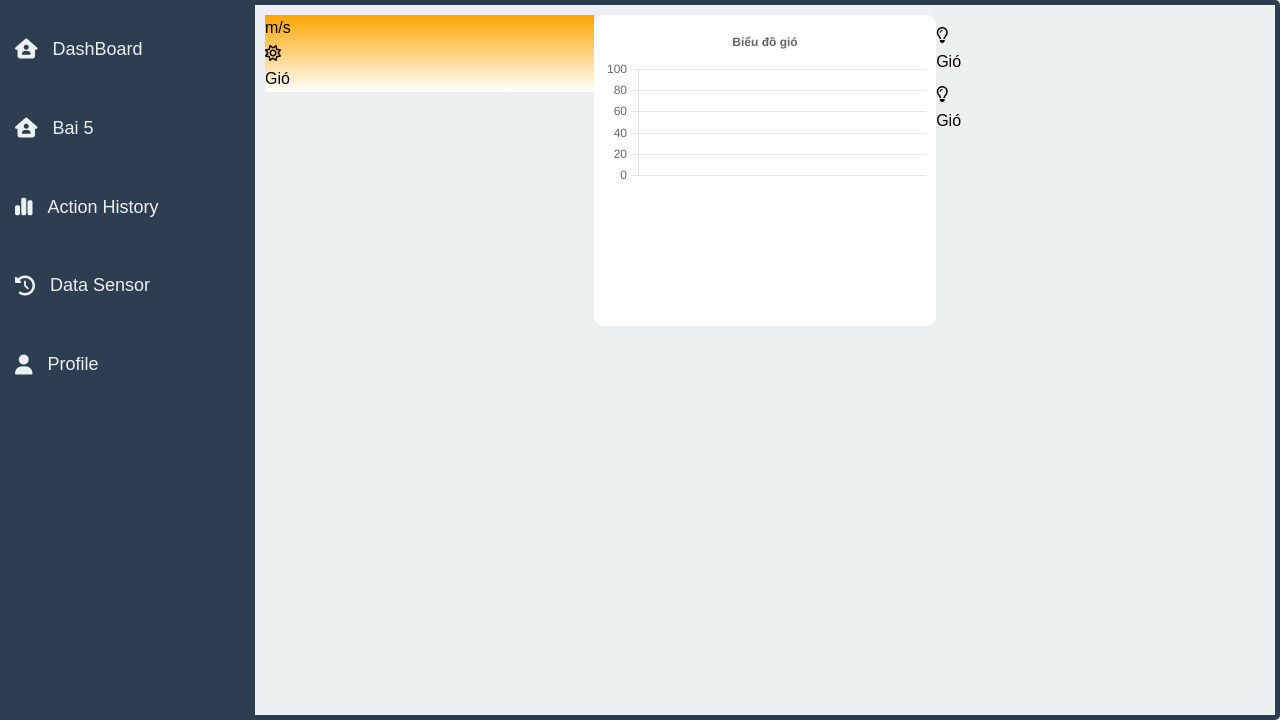
Repository: duongnoob23/duyyyy
Page: /bai5 (app in iot/)
An editor plug-in stored every save of this project. The page is shown before and after the next save, followed by the edit.
The browser window is 1280 px wide. The pictures show the whole page.
The page's requests for data from a server got no answer. Some web libraries are served in a nearby version. The project was rebuilt for these pictures with package versions that can differ from the ones it lists, and the page was loaded fresh each time. No one was signed in, and anything a server would have sent is missing. Also part of the build but not shown: iot/src/App.css, iot/src/Components/Doughnut/GaugeChart.js, iot/src/Components/LineChart/LineChartECharts.js, iot/src/Pages/Home/Home.js, iot/src/Pages/DataLogs/DataLogs.js, iot/src/Pages/Profile/Profile.css, iot/src/Pages/Profile/Profile.js, iot/src/Pages/Action/Action.js and 1 more.

Above is the page before, as saved 2024-12-02 21:01:59.

After the next save:
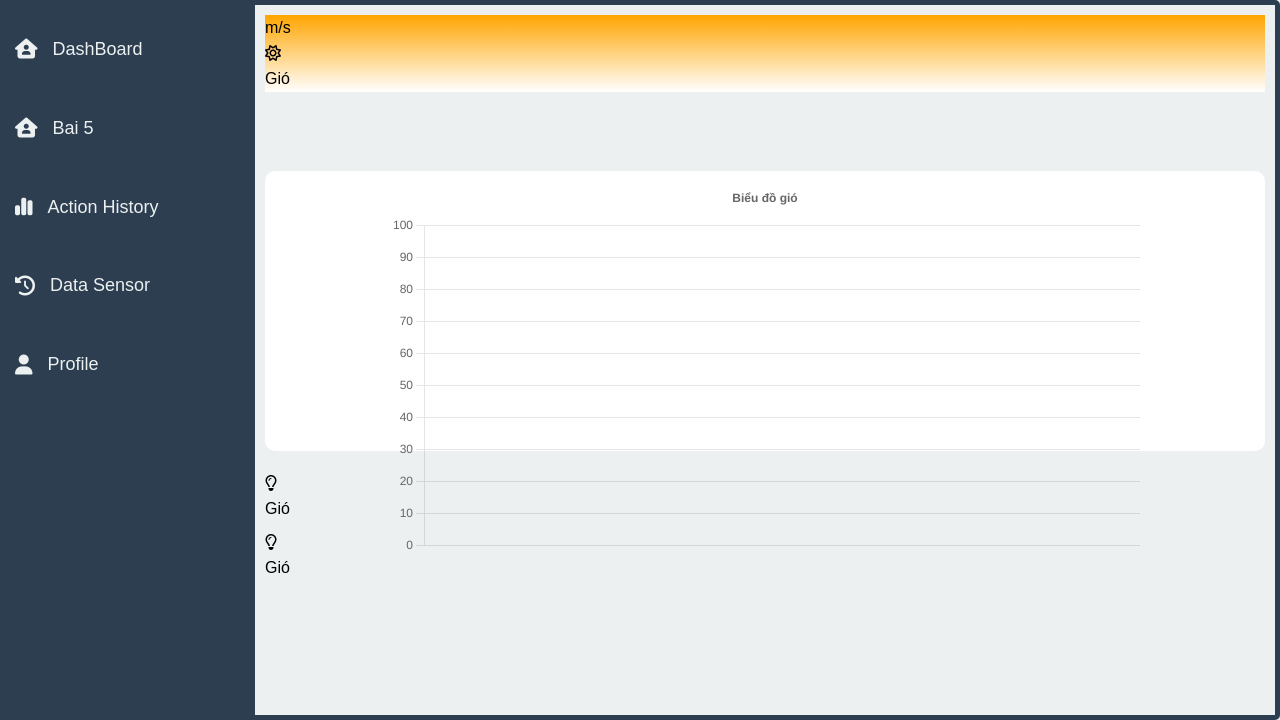
Saved 25 s later.
--- a/iot/src/Pages/Bai5/Bai5.js
+++ b/iot/src/Pages/Bai5/Bai5.js
@@ -76,7 +76,7 @@ function Bai5(){
         <>
         <div class="main">
             <div className="section">
-                <div className="section-one">
+                <div className="section-two">
                     <div className="bai5">
                         <ul className="bai5-list">
                             <li className="bai5-item bai5-one" style={{ backgroundImage:`linear-gradient(to bottom, orange ,white ` }}>
